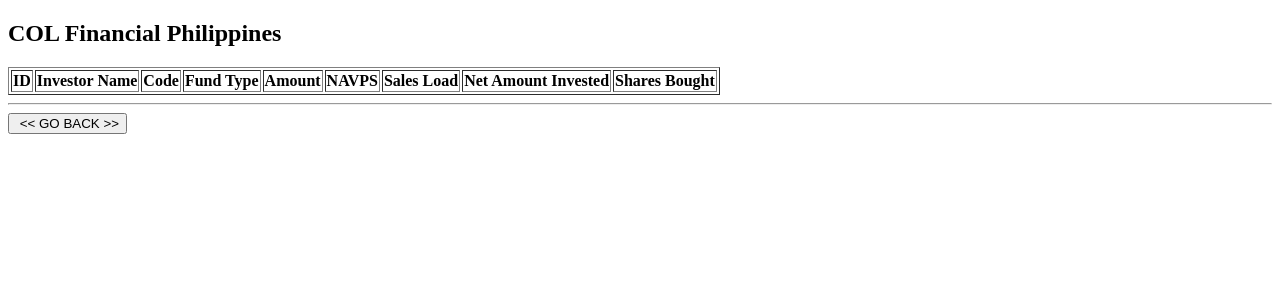
Repository: joshualaxamana/INFOSECWorkspace
Page: http://localhost/MachineProblem1/listallrecords.action
The author's editor kept a copy of each file at every save. The page is drawn from the files as they stood at one save, then again after the next save.
The browser window is 1280 px wide. The pictures show the whole page.
The page is served by Tomcat 9. Queries for data that is not in the repository find no rows.

Above is the page before, as saved 2017-11-18 19:28:27.

After the next save:
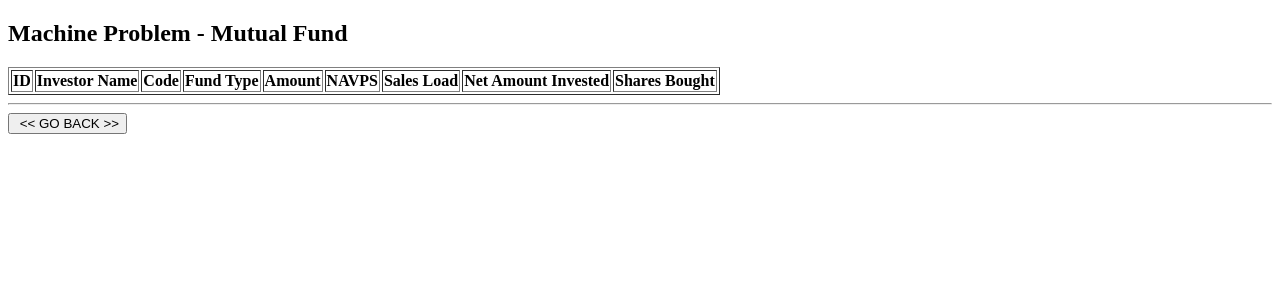
Saved 77 s later.
--- a/MachineProblem1/web/viewallrecords.jsp
+++ b/MachineProblem1/web/viewallrecords.jsp
@@ -8,10 +8,10 @@
 <html>
 <head>
 <meta http-equiv="Content-Type" content="text/html; charset=ISO-8859-1">
-<title>Machine Problem</title>
+<title>Machine Problem - Mutual Fund</title>
 </head>
 <body>
-	<h2>COL Financial Philippines</h2>
+	<h2>Machine Problem - Mutual Fund</h2>
 	<table border="1">
 		<tr>
 			<th>ID</th>
